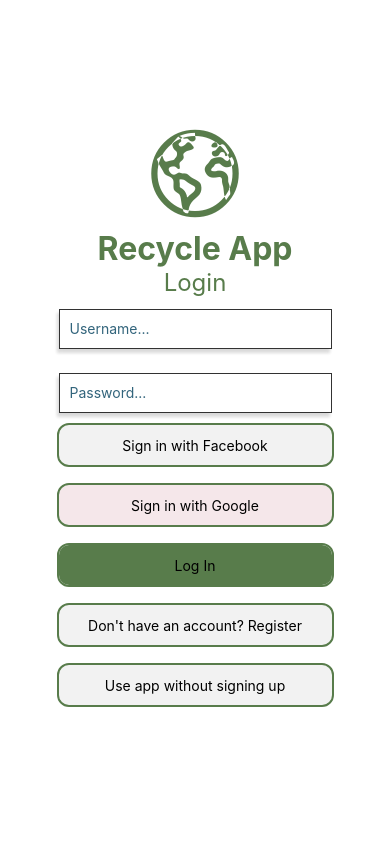
Repository: ct-pham/COMP4511
Screen: / (app in comp4511/)
These files come from the project's save history. The screen is drawn as it stood at one moment and after the next save; the edit follows.
The app was drawn by React Native's web renderer in a window 390 px wide. The project was rebuilt for these pictures with package versions that can differ from the ones it lists, and the page was loaded fresh each time.

Above is the screen before, as saved 2022-11-07 16:45:23.

After the next save:
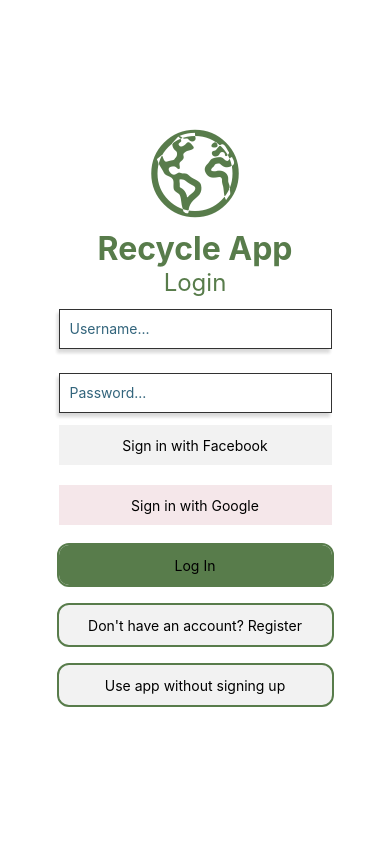
Saved 17 s later.
--- a/comp4511/Components/Login.js
+++ b/comp4511/Components/Login.js
@@ -144,10 +144,6 @@ const styles = StyleSheet.create({
     },
     socialBtn: {
         backgroundColor: '#F2F2F2',
-        borderRadius: 10,
-        outlineColor: '#587C4B',
-        outlineWidth: 2,
-        outlineStyle:  'solid',
         width: '70%',
         height: 40,
         alignItems: 'center',
